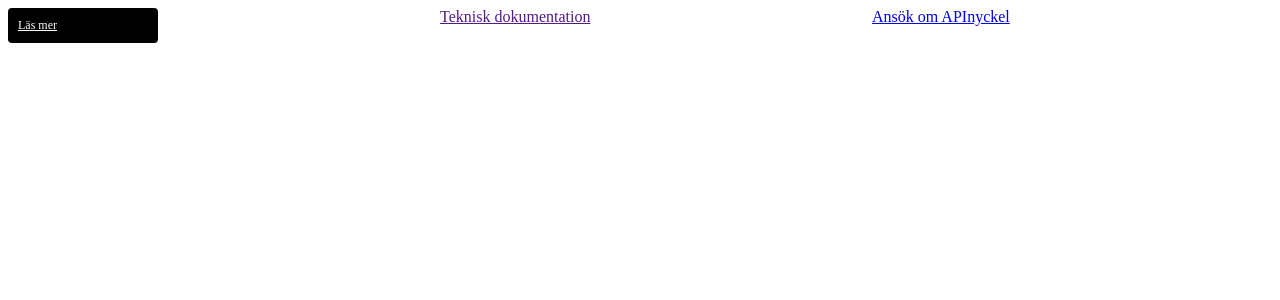
Repository: rudasn/docsy-cms-netlify
Page: layouts/partials/link.html
An editor plug-in stored every save of this project. The page is shown before and after the next save, followed by the edit.
The browser window is 1280 px wide. The pictures show the whole page.

Above is the page before, as saved 2021-05-11 12:48:52.

After the next save:
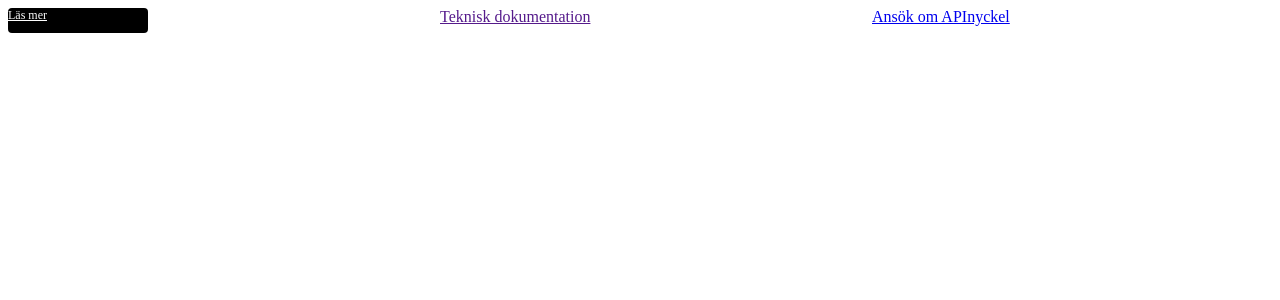
Saved 4 s later.
--- a/layouts/partials/link.html
+++ b/layouts/partials/link.html
@@ -6,7 +6,7 @@ border-radius: 4px;
 text-align: start;
 max-width: 35%;
 
-padding: 10px 0px;
+padding: 10px
 padding-left: 10px;
 padding-bottom: 10px;
 font-size: 12px;
